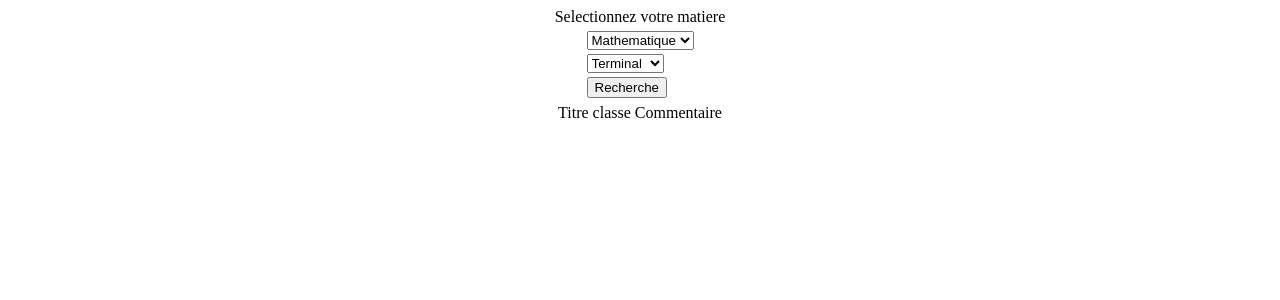
Repository: AntoAnt/WikiScolaire-
Page: http://localhost/InterfaceWikiScolair/Recherche.jsp
These files come from the project's save history. The page is drawn as it stood at one moment and after the next save; the edit follows.
The browser window is 1280 px wide. The pictures show the whole page.
The page is served by Tomcat 9.

Above is the page before, as saved 2017-04-27 13:34:06.

After the next save:
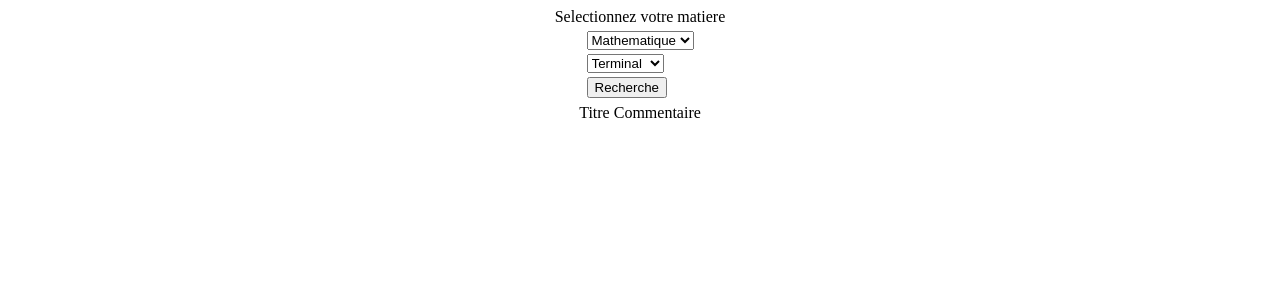
Saved 7 s later.
--- a/InterfaceWikiScolair/WebContent/Recherche.jsp
+++ b/InterfaceWikiScolair/WebContent/Recherche.jsp
@@ -35,7 +35,7 @@
 	</table>
 </form>
 <table>
-<tr> <td>Titre</td> <td>classe </td> <td>Commentaire</td></tr>
+<tr> <td>Titre</td><td>Commentaire</td></tr>
 
 </table>
 
